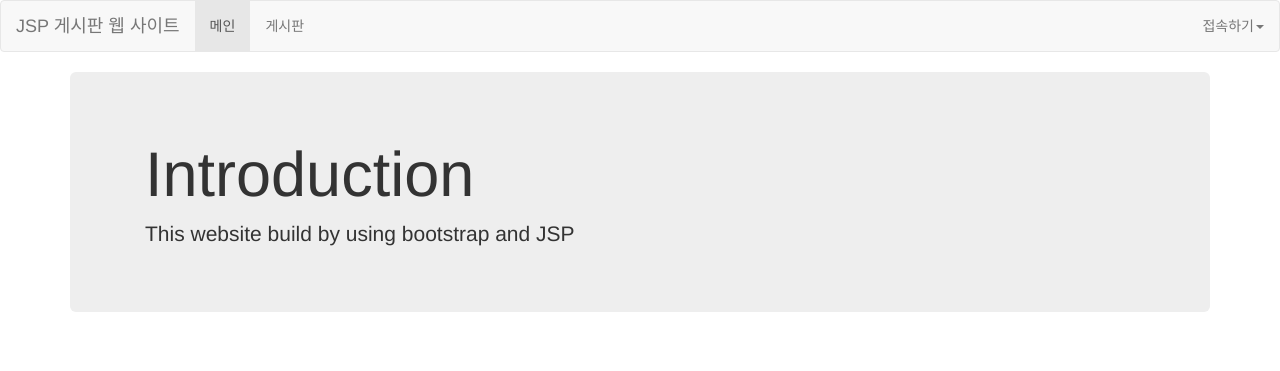
Repository: jk4g2/JSP_BBS
Page: http://localhost/BBS/main.jsp
An editor plug-in stored every save of this project. The page is shown before and after the next save, followed by the edit.
The browser window is 1280 px wide. The pictures show the whole page.
Some web libraries are served in a nearby version. The page is served by Tomcat 9.

Above is the page before, as saved 2020-03-16 16:41:55.

After the next save:
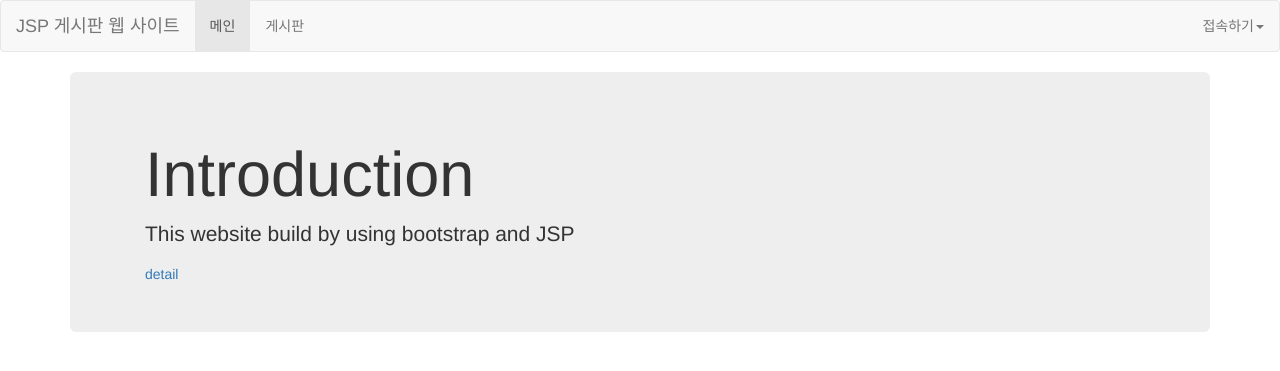
Saved 41 s later.
--- a/BBS/WebContent/main.jsp
+++ b/BBS/WebContent/main.jsp
@@ -71,6 +71,7 @@
 			<div class="container">
 				<h1>Introduction</h1>
 				<p>This website build by using bootstrap and JSP</p>
+				<a href="btn btn-primary btn-pull" href="#" role="button">detail</a>
 			</div>
 		</div>
 	</div>
